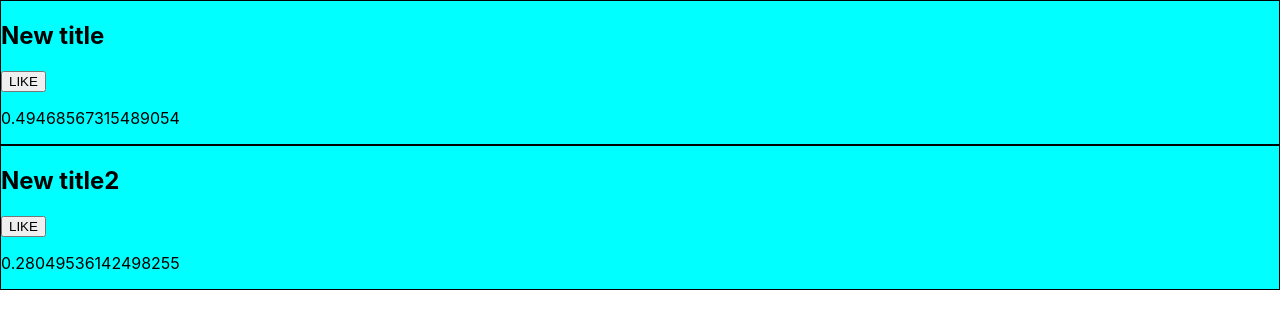
Repository: asapvtec98/egzamin
Page: /
An editor plug-in stored every save of this project. The page is shown before and after the next save, followed by the edit.
The browser window is 1280 px wide. The pictures show the whole page.
The project was rebuilt for these pictures with package versions that can differ from the ones it lists, and the page was loaded fresh each time.

Above is the page before, as saved 2023-11-13 13:40:56.

After the next save:
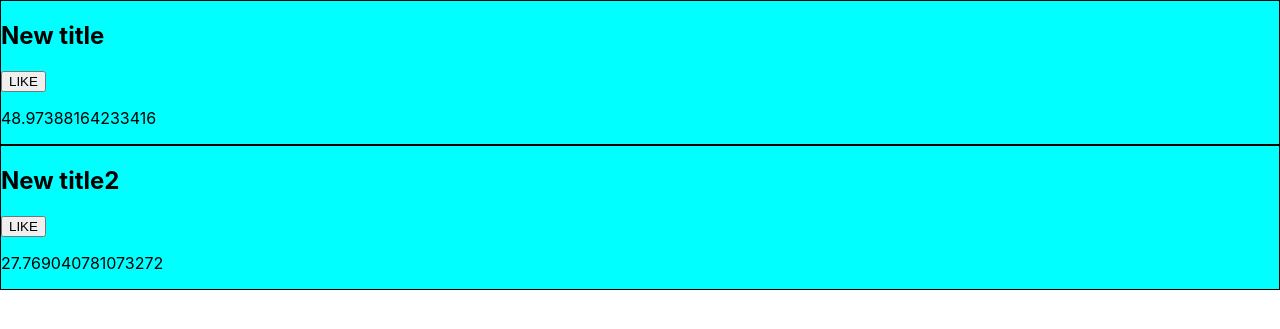
Saved 68 s later.
--- a/src/components/Comment.js
+++ b/src/components/Comment.js
@@ -2,8 +2,10 @@ import React, { useState } from "react";
 import "./Comment.css"
 
 function Komentarz(props) {
+    var min = 1;
+    var max = 100;
     const [likes, setLike] = useState(false);
-    const [count, setCount] = useState(Math.random());
+    const [count, setCount] = useState(Math.random() * (max-min));
     const [show, setShow] = useState(true);
 
     const handleLikes = () => {
